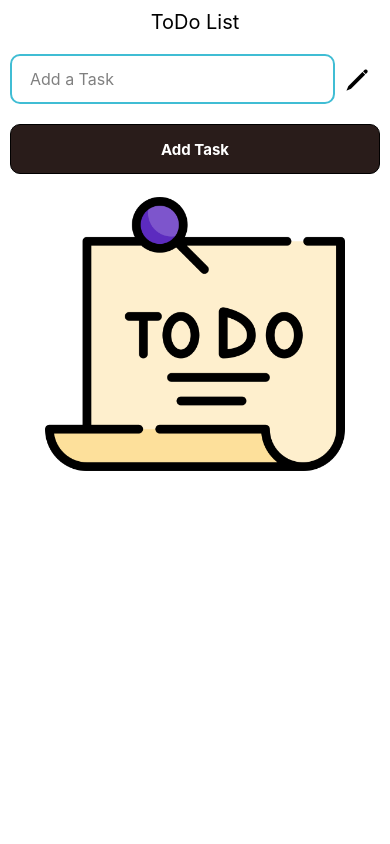
Repository: raisingh22/Projects
Screen: /
An editor plug-in stored every save of this project. The screen is shown before and after the next save, followed by the edit.
The app was drawn by React Native's web renderer in a window 390 px wide. The project was rebuilt for these pictures with package versions that can differ from the ones it lists, and the page was loaded fresh each time.

Above is the screen before, as saved 2024-01-22 14:07:47.

### App.js
import { View, Text, SafeAreaView } from 'react-native'
import React from 'react'
import ToDo from './src/ToDoList/screens/ToDo'

const App = () => {
  return (
   <SafeAreaView style={{
    flex:1
   }}>
     <ToDo/>
   </SafeAreaView>
  )
}

export default App

### src/ToDoList/screens/ToDo.js
import {StyleSheet, Text, TextInput, View} from 'react-native';
import React, {useState} from 'react';
import MyBtn from '../../components/MyBtn';
import MyFlatList from '../../components/MyFlatList';
import Icon from 'react-native-vector-icons/Ionicons';
import Icons from 'react-native-vector-icons/MaterialIcons';
import Fallback from '../../components/Fallback';

// import {IconButton} from 'react-native-paper';
const DummyData = [
  {
    id: '1',
    name: 'Wash Car',
  },
  {
    id: '2',
    name: 'Dusting',
  },
];
const ToDo = () => {
  const [toDo, setToDo] = useState('');
  const [data, setData] = useState([]);
  const [editTodo , setEditTodo] = useState(null);

  const handleAdd = () => {
    if(toDo === ''){
        return
    }
    setData([
      ...data,
      {
        id: Date.now(),
        title: toDo,
      },
    ]);
  };
  const handleEdit = toDo =>{

    setEditTodo(toDo)
    setToDo(toDo.title)

  }
  const handleUpdate = ()=>{
    const updateTodo = data.map((item)=>{
        if(item.id === editTodo.id) {
            return {...item, title: toDo}
        }
        return item

    })
    setData(updateTodo)
    setEditTodo(null)
    setToDo('')

  }
  const handleDeleteTodo = id => {
    const updateTodo = data.filter(toDo => toDo.id !== id);
    setData(updateTodo);
    console.log(data.length);
  };
  return (
    <View
      style={{
        margin: 10,
      }}>
      <Text style={{
        textAlign:'center',
        fontSize:20
      }}>ToDo List</Text>
      <View style={{
        flexDirection:'row',
        width:"100%",
        alignItems:'center',

      }}>
      <TextInput
        placeholder="Add a Task"
        placeholderTextColor={'grey'}
        style={styles.textInput}
        value={toDo}
        onChangeText={text => setToDo(text)}
      />
       <Icon
              name="pencil"
              size={25}
              color='black'
              style={{
                marginHorizontal: 10,
              }}
              onPress={() => handleEdit(item)}
            />
      </View>
       {
        editTodo ?
        <MyBtn
        text={'Edit Task'}
        onPress={() => handleUpdate()}
        btnStyle={{backgroundColor: '#291c1a'}}
        textStyle={{
          fontSize: 15,
          fontWeight: 'bold',
        }}
      /> :
      <MyBtn
        text={'Add Task'}
        onPress={() => handleAdd()}
        btnStyle={{backgroundColor: '#291c1a'}}
        textStyle={{
          fontSize: 15,
          fontWeight: 'bold',
        }}
      />
      }
      <MyFlatList
        data={data}
        renderItem={(item, index) => (
          <View
            style={{
              flexDirection: 'row',
              alignItems: 'center',
              padding: 15,
              borderWidth: 1,
              marginVertical: 5,
              borderRadius: 10,
              marginHorizontal: 10,
              backgroundColor: index % 2 === 0 ? '#d4a7a1' : '#1cd9cf',
              shadowColor:'#000',
              shadowOffset:{
                  width:0,
                  height:1
              },
              shadowOpacity:1,
              shadowRadius:4
            }}>
            <Text
              style={{
                fontWeight: '800',
                fontSize: 19,
                color: 'black',
                flex: 1,
              }}>
              {item.title}
            </Text>
            <Icon
              name="pencil"
              size={25}
              style={{
                marginHorizontal: 10,
              }}
              onPress={() => handleEdit(item)}
            />
            <Icons
              name="delete"
              size={25}
              onPress={() => handleDeleteTodo(item.id)}
            />
          </View>
        )}
      />
      {
        data.length <=0 && <Fallback/>
      }
    </View>
  );
};

export default ToDo;

const styles = StyleSheet.create({
  textInput: {
    width: '100%',
    height: 50,
    marginVertical: 20,
    borderWidth: 2,
    paddingVertical: 14,
    paddingHorizontal: 18,
    fontSize: 16,
    borderColor: '#40bdd4',
    borderRadius: 10,
    color: 'red',

  },
});

### src/components/MyBtn.js
import {StyleSheet, Text, TouchableOpacity, View} from 'react-native';
import React from 'react';

const MyBtn = ({text, onPress, btnStyle , textStyle}) => {
  return (
    <TouchableOpacity style={[styles.btn, btnStyle]} onPress={onPress}>
      <Text style={[styles.btnText, textStyle]} >{text}</Text>
    </TouchableOpacity>
  );
};

export default MyBtn;

const styles = StyleSheet.create({
  btn: {
    width: '100%',
    height: 50,
    backgroundColor: 'black',
    borderWidth: 1,
    borderRadius: 10,
    alignItems: 'center',
    justifyContent: 'center',
  },
  btnText: {
    color: 'white',
    // You can add more text styles here if needed
  },
});

### src/components/MyFlatList.js
import {FlatList, StyleSheet, Text, View} from 'react-native';
import React from 'react';

const MyFlatList = ({data, renderItem = (item, index) => {}, bounces}) => {
  return (
    <FlatList
      bounces={bounces}
      data={data}
      renderItem={({item, index}) => renderItem(item, index)}
      keyExtractor={item => item.id.toString()}
      style={styles.list}
    />
  );
};

export default MyFlatList;

const styles = StyleSheet.create({
  list: {
    marginVertical: 5,
    // flex: 1, // Example: Expand the FlatList to fill available space
    // backgroundColor: 'lightgray', // Example: Set background color
    // height:"50%"
  },
});

### src/components/Fallback.js
import {Image, StyleSheet, Text, View} from 'react-native';
import React from 'react';

const Fallback = () => {
  return (
    <View
      style={{
        alignItems: 'center',
      }}>
      <Image
        //  resizeMode="center"
        style={{
          height: 300,
          width: 300,
        }}
        source={require('../asstes/to-do-list.png')}
      />
    </View>
  );
};

export default Fallback;

const styles = StyleSheet.create({});

After the next save:
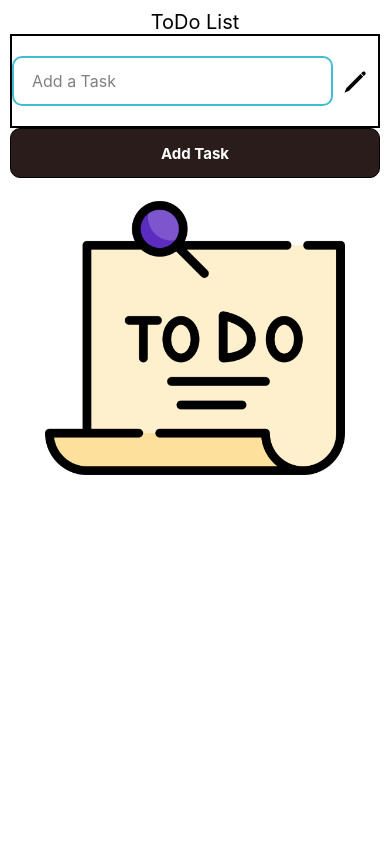
Saved 8 s later.
--- a/src/ToDoList/screens/ToDo.js
+++ b/src/ToDoList/screens/ToDo.js
@@ -71,6 +71,7 @@ const ToDo = () => {
         flexDirection:'row',
         width:"100%",
         alignItems:'center',
+        borderWidth: 2,
 
       }}>
       <TextInput
